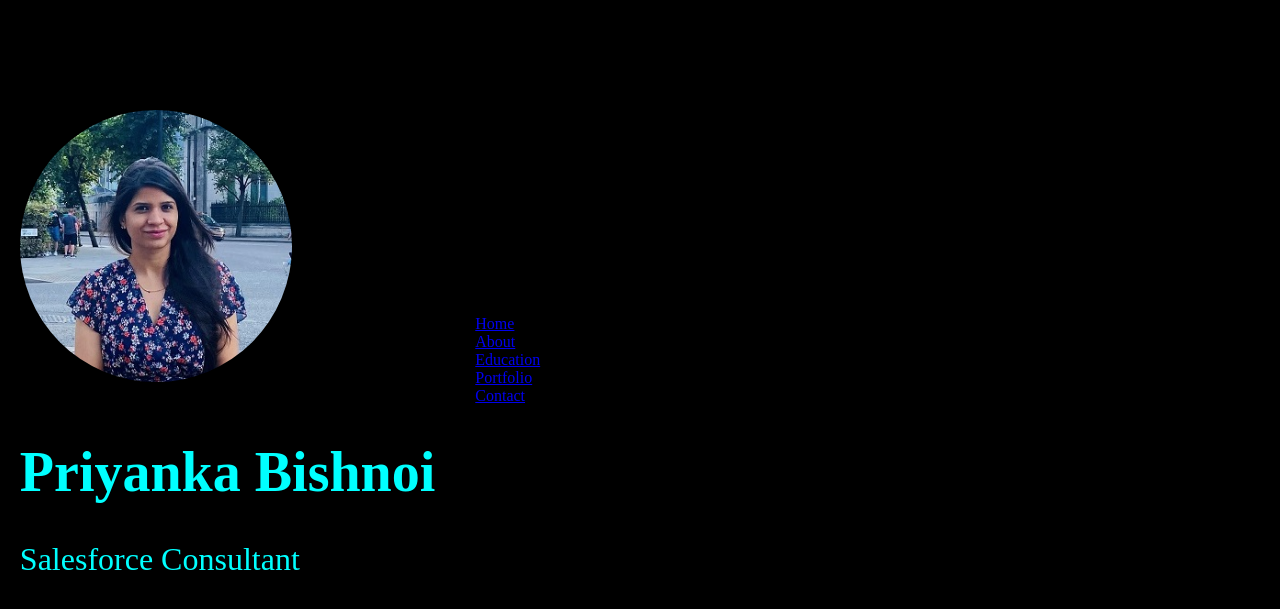
Repository: priyanka-bishnoi/PortfolioPage
Page: MyPage.html
The author's editor kept a copy of each file at every save. The page is drawn from the files as they stood at one save, then again after the next save.
The browser window is 1280 px wide. The pictures show the whole page.

Above is the page before, as saved 2022-10-07 00:29:07.

### MyPage.html
<!DOCTYPE html>
<html>
<head>
    <link rel="stylesheet" href="css/style.css">
<style>
body {
  background-color: black;
}
</style>
</head>
<body>
<header>
    <div class= "user">
        <img src="Background1.jpg"/>
        <h1 class="name" style="color:aqua">Priyanka Bishnoi</h1>
        <p class="post" style="color:aqua">Salesforce Consultant</p>
    </div>

    <nav class="navBar">
        <ul>
            <li> <a href="#home">Home</a></li>
            <li> <a href="#about">About</a></li>
            <li> <a href="#education">Education</a></li>
            <li> <a href="#portfolio">Portfolio</a></li>
            <li> <a href="#contact">Contact</a></li>

        </ul>


    </nav>


</header>
</body>
</html>

### css/style.css
header {
    position:fixed;
    top:0; left:0;
    z-index:1000;
    height:100%;
    width:35rem;
    background:black;
    display:flex;
    align-items:center;
    justify-content: center;
}
body{
    background: #111;
}
header .user img {
    height: 17rem;
    width: 17rem;
    border-radius: 50%;
    object-fit: cover;
    margin-bottom: 1rem;
    border: 0.7rem solid var(--yellow);
}
header .user .name{
    font-size:3.5rem;
    color:whitesmoke;
}
header .user .post{
    font-size:2rem;
    color:whitesmoke;
}

After the next save:
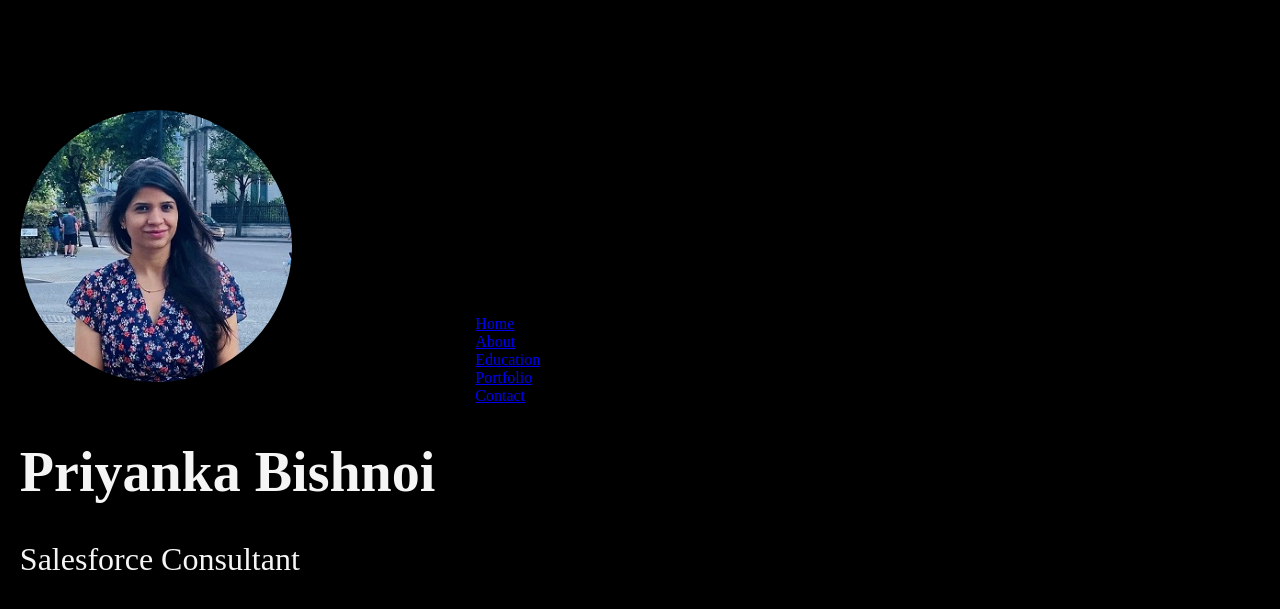
Saved 27 s later.
--- a/MyPage.html
+++ b/MyPage.html
@@ -12,8 +12,8 @@ body {
 <header>
     <div class= "user">
         <img src="Background1.jpg"/>
-        <h1 class="name" style="color:aqua">Priyanka Bishnoi</h1>
-        <p class="post" style="color:aqua">Salesforce Consultant</p>
+        <h1 class="name" >Priyanka Bishnoi</h1>
+        <p class="post" >Salesforce Consultant</p>
     </div>
 
     <nav class="navBar">
